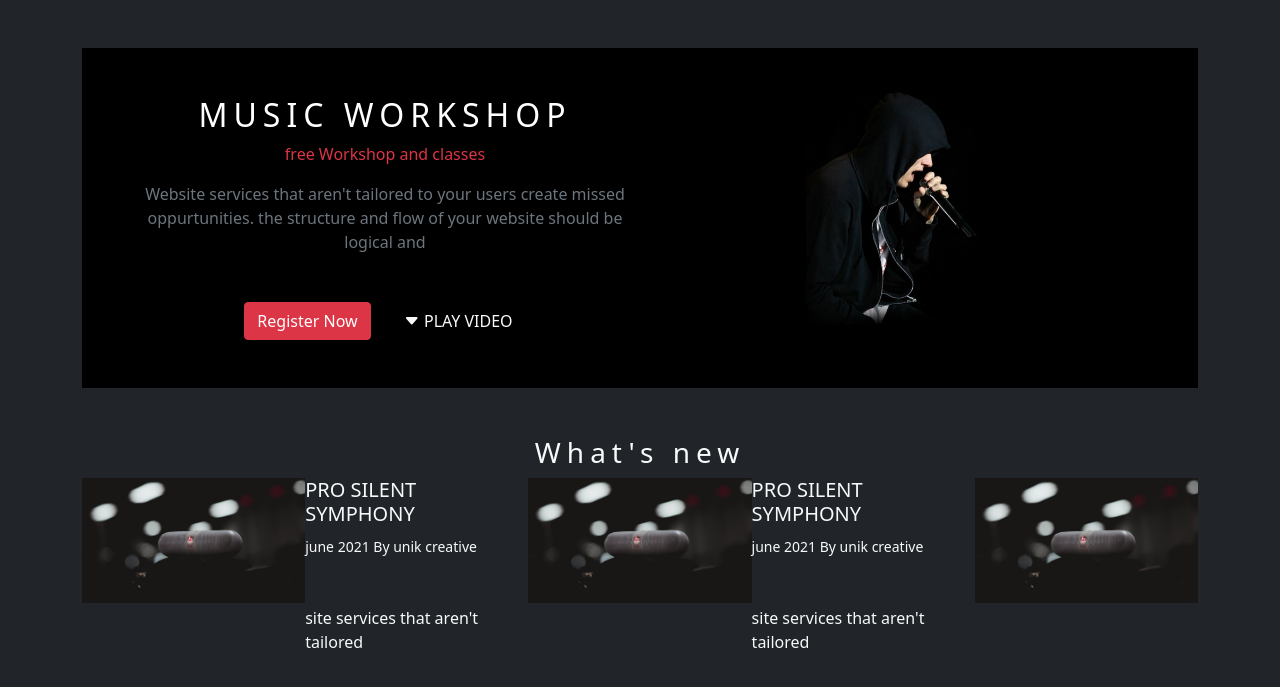
Repository: Eugene44-hub/music-workshop-site
Page: index.html
The author's editor kept a copy of each file at every save. The page is drawn from the files as they stood at one save, then again after the next save.
The browser window is 1280 px wide. The pictures show the whole page.
Some web libraries are served in a nearby version.

Above is the page before, as saved 2021-10-22 17:11:29.

After the next save:
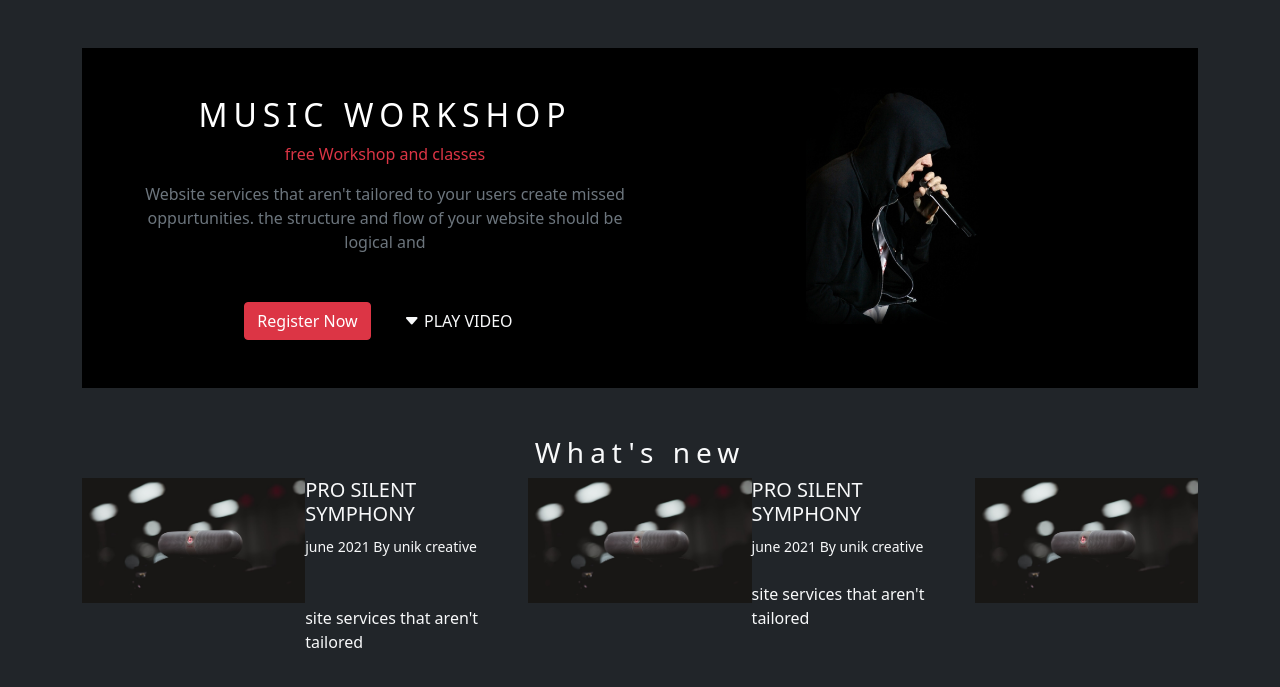
Saved 34 s later.
--- a/index.html
+++ b/index.html
@@ -57,7 +57,7 @@
                         PRO SILENT <br> SYMPHONY
                     </h4>
                     <small>june 2021 By unik creative</small>
-                    <p class="mt-5">site services that aren't tailored</p>
+                    <p class="mt-4">site services that aren't tailored</p>
                 </div>
                 <div class="col-md">
                     <img src="images/speaker.jpg" class="img-fluid" alt="">
